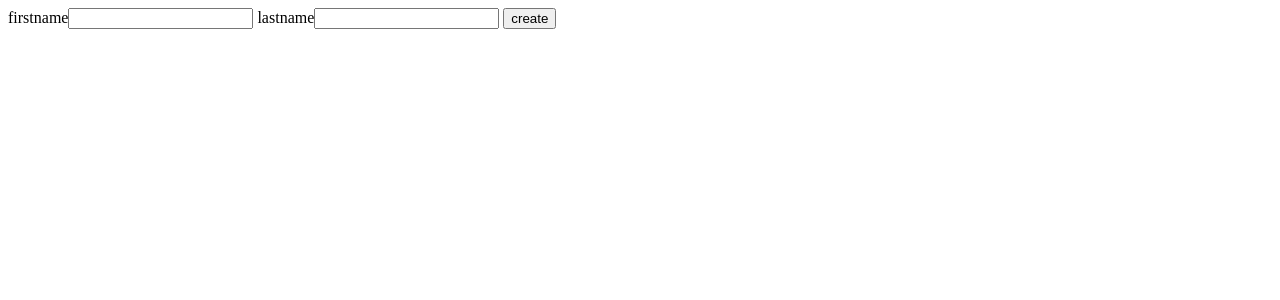
Repository: Rutuja25121995/All-java-programs
Page: myprograms/jdbc_joins/src/main/webapp/index.html
An editor plug-in stored every save of this project. The page is shown before and after the next save, followed by the edit.
The browser window is 1280 px wide. The pictures show the whole page.

Above is the page before, as saved 2023-08-15 11:10:56.

After the next save:
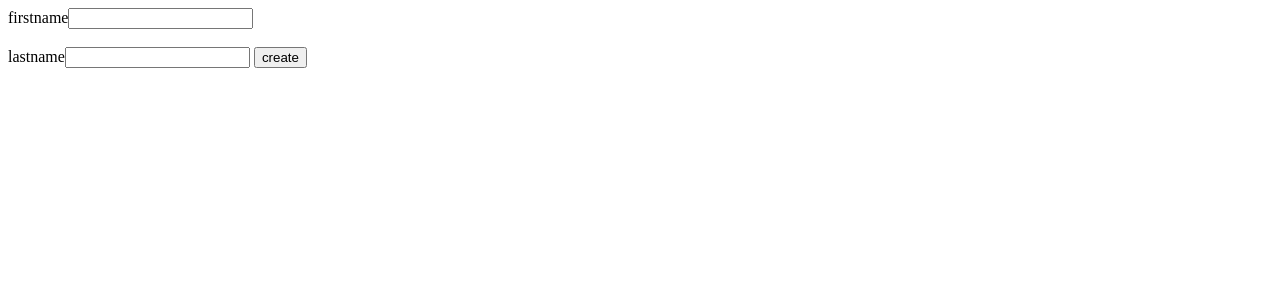
Saved 16 s later.
--- a/myprograms/jdbc_joins/src/main/webapp/index.html
+++ b/myprograms/jdbc_joins/src/main/webapp/index.html
@@ -6,7 +6,7 @@
 </head>
 <body>
 <form action="create">
-firstname<input type="text" name="fname">
+firstname<input type="text" name="fname"><br><br>
 lastname<input type="text" name="lname">
 <input type="submit" value="create">
 </form>
